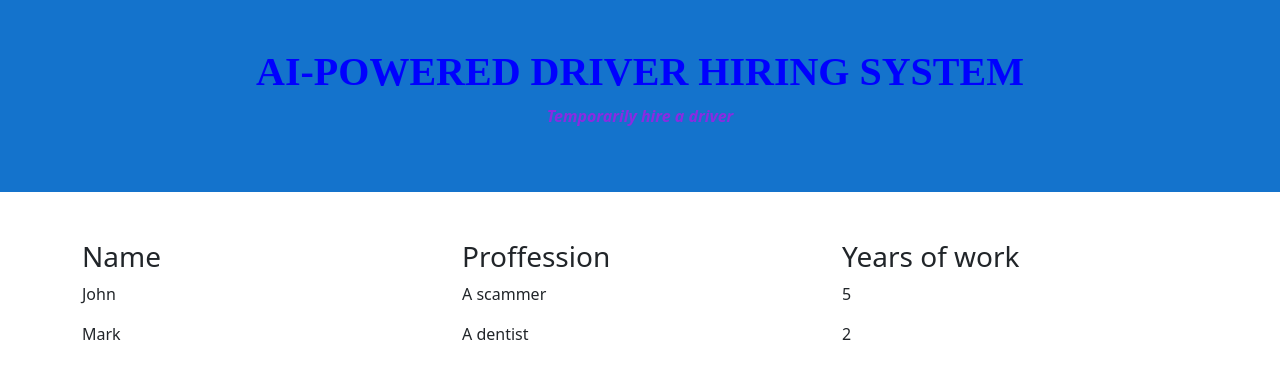
Repository: Wuda2000/AI-powered-Driver-hiring-system
Page: ONE.html
The author's editor kept a copy of each file at every save. The page is drawn from the files as they stood at one save, then again after the next save.
The browser window is 1280 px wide. The pictures show the whole page.

Above is the page before, as saved 2024-12-23 22:36:51.

After the next save:
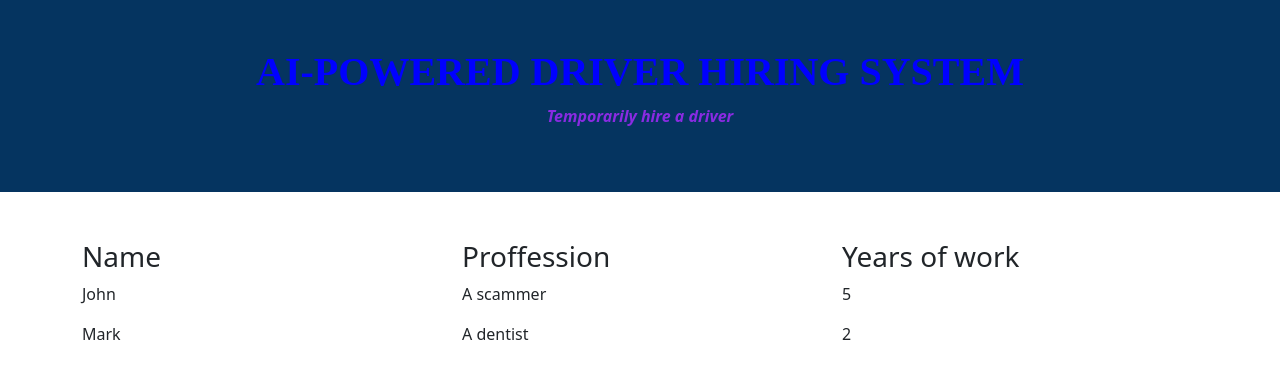
Saved 8 s later.
--- a/ONE.html
+++ b/ONE.html
@@ -10,7 +10,7 @@
 <body>
 
 
-    <div class="container-fluid p-5 text-white text-center" style="background-color:rgb(20 45% 80%);">
+    <div class="container-fluid p-5 text-white text-center" style="background-color:rgb(5, 52, 96);">
         <h1 style="color: blue; font-family:'Times New Roman', Times, serif; " ><b>AI-POWERED DRIVER HIRING SYSTEM</b></h1>
         <p style="color: blueviolet;font-style:italic;"><b>Temporarily hire a driver</b></p>
       </div>
